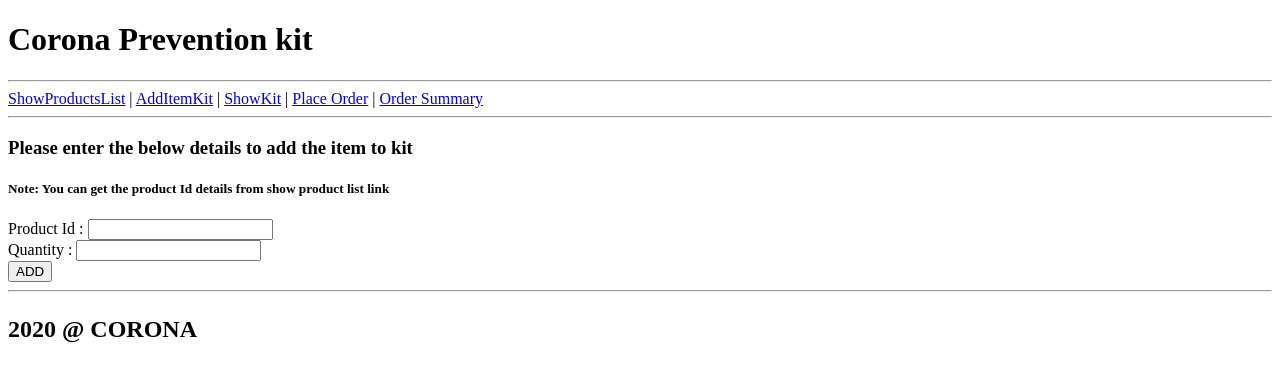
Repository: phanisree-chava/SBA-REPO
Page: http://localhost/CoronakitManagementPortal/newitemkit
These files come from the project's save history. The page is drawn as it stood at one moment and after the next save; the edit follows.
The browser window is 1280 px wide. The pictures show the whole page.
The page is served by Tomcat 9.

Above is the page before, as saved 2020-08-23 18:08:55.

After the next save:
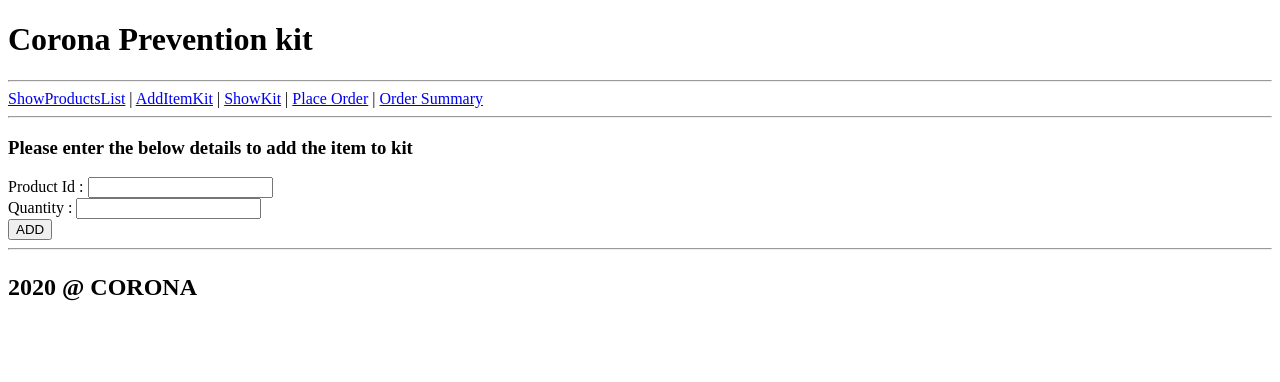
Saved 32 s later.
--- a/CoronakitManagementPortal/WebContent/additemkit.jsp
+++ b/CoronakitManagementPortal/WebContent/additemkit.jsp
@@ -14,7 +14,7 @@
 	<jsp:include page="userheader.jsp" />
 
 	<h3>Please enter the below details to add the item to kit</h3>
-	<h5>Note: You can get the product Id details from show product list link</h5>
+
 
 	<form action="additemkit">
 		<div>
